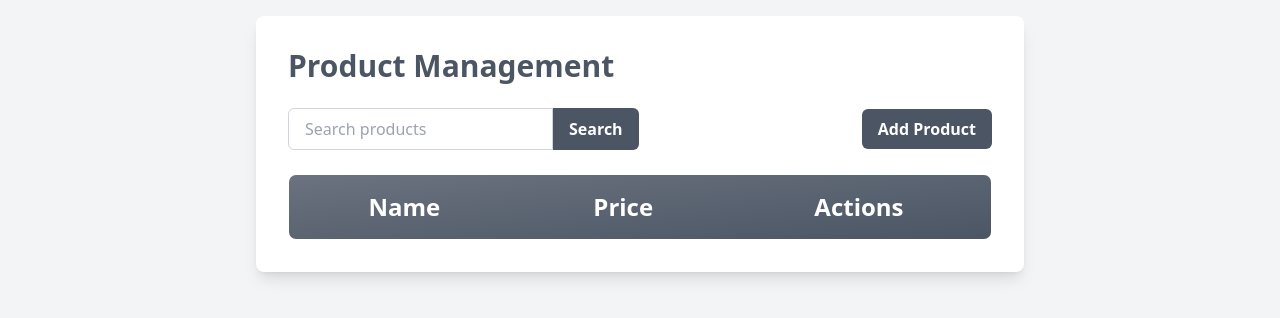
Repository: shaafsalman/product-Management-MERN
Page: /offline-home (app in frontend/)
An editor plug-in stored every save of this project. The page is shown before and after a run of saves, followed by the edit.
The browser window is 1280 px wide. The pictures show the whole page.
The page's requests for data from a server got no answer. The project was rebuilt for these pictures with package versions that can differ from the ones it lists, and the page was loaded fresh each time. No one was signed in, and anything a server would have sent is missing. Also part of the build but not shown: frontend/vite.config.js, frontend/src/Cards/messageCard.jsx, frontend/src/Pages/Login.jsx, frontend/src/Pages/SighnUp.jsx, frontend/src/Pages/NoPage.jsx, frontend/src/Pages/AddProduct.jsx, frontend/src/Pages/UpdateProduct.jsx, frontend/src/Pages/Home.jsx and 2 more.

Above is the page before, as saved 2024-05-15 20:36:03.

After the next 2 saves:
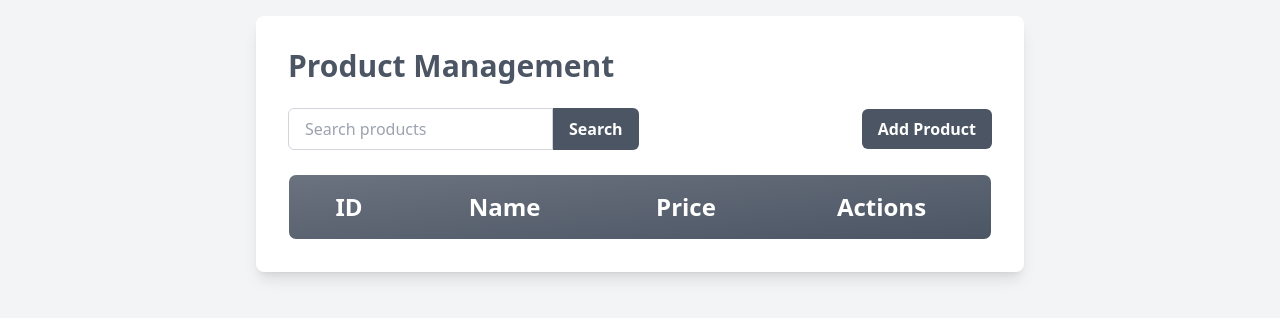
The 2 saves are shown as one change because they came seconds apart.
The last was saved 11 s later.
--- a/frontend/src/Pages/offlineHome.jsx
+++ b/frontend/src/Pages/offlineHome.jsx
@@ -115,6 +115,7 @@ const OfflineHome = () => {
         <table className="w-full border-collapse border border-gray-300 rounded-lg overflow-hidden">
           <thead>
             <tr className="bg-gradient-to-br from-gray-500 to-gray-600 text-white text-lg md:text-2xl">
+            <th className="px-2 md:px-6 py-4 text-center">ID</th>
               <th className="px-2 md:px-6 py-4 text-center">Name</th>
               <th className="px-2 md:px-6 py-4 text-center">Price</th>
               <th className="px-2 md:px-6 py-4 text-center">Actions</th>
